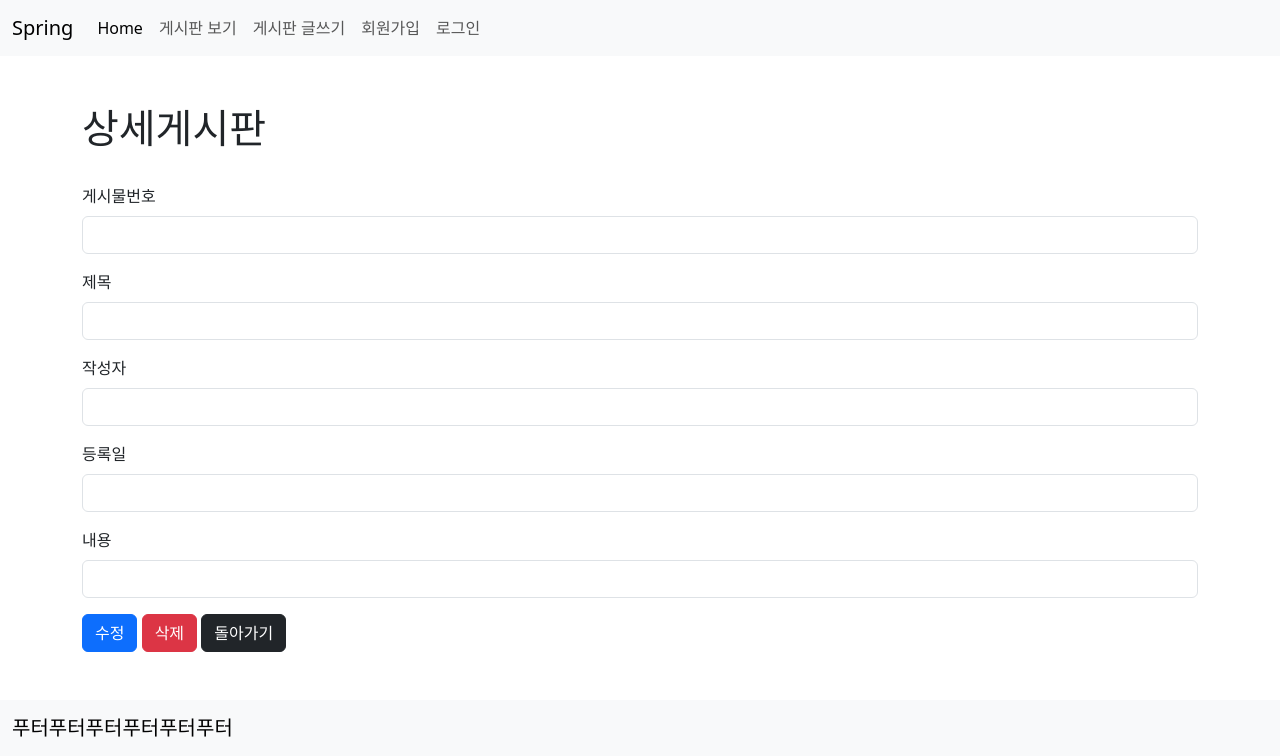
Repository: Jensuchan/spring_solo_project
Page: http://localhost/spring_test/WEB-INF/views/board/detail.jsp
These files come from the project's save history. The page is drawn as it stood at one moment and after the next save; the edit follows.
The browser window is 1280 px wide. The pictures show the whole page.
The page is served by Tomcat 9. Nobody is signed in. The template is opened directly, without the code that normally fills it, so the values that code supplies are empty.

Above is the page before, as saved 2024-01-17 02:49:38.

After the next save:
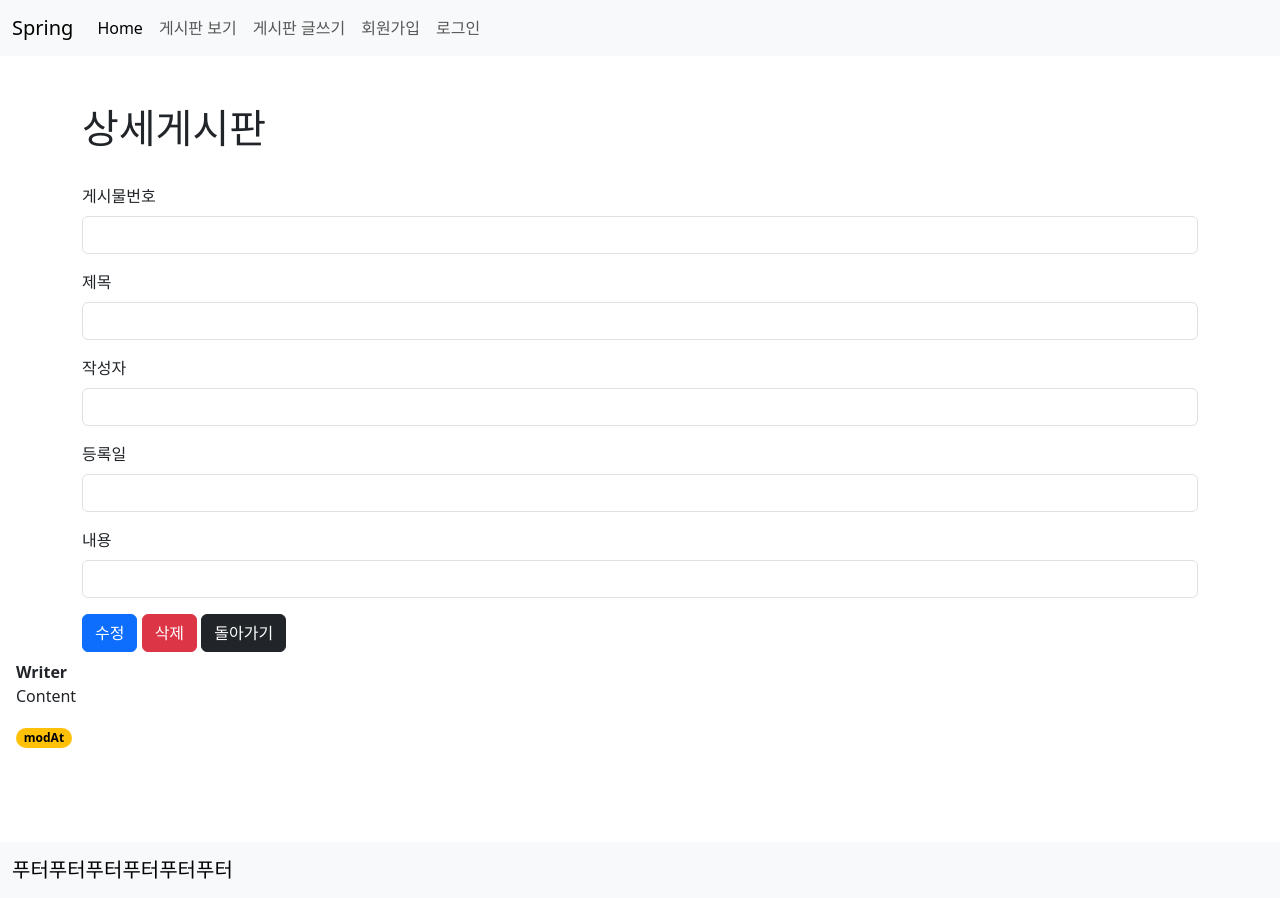
Saved 102 s later.
--- a/spring_test/src/main/webapp/WEB-INF/views/board/detail.jsp
+++ b/spring_test/src/main/webapp/WEB-INF/views/board/detail.jsp
@@ -34,6 +34,20 @@
 	<a href="/board/list"><button type="button" class="btn btn-dark">돌아가기</button></a>
 </div>
 
+<ul class="list-group list-group-flush" id="cmtListArea">
+  <li class="list-group-item">
+  	<div class="mb-3">
+  		<div class="fw-bold">Writer</div>
+  		Content
+  	</div>
+  	<span class="badge rounded-pill text-bg-warning">modAt</span>
+  </li>
+</ul>
+	<!-- 댓글 더보기 버튼 -->
+	<div>
+		<button type="button" id="moreBtn" data-page="1" class="btn btn-outline-dark" style="visibility:hidden">More+</button>
+	</div>
+
 
 <script type="text/javascript">
 	const bno = `<c:out value="${bvo.bno}" />`;
